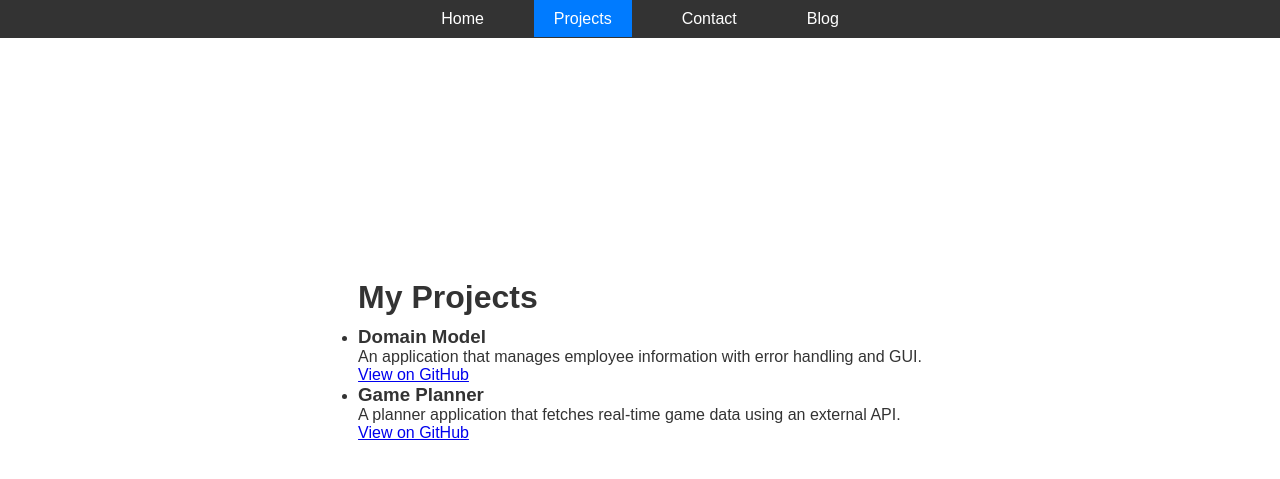
Repository: liwingy/cs5610_fall24_project1
Page: projects.html
An editor plug-in stored every save of this project. The page is shown before and after the next save, followed by the edit.
The browser window is 1280 px wide. The pictures show the whole page.

Above is the page before, as saved 2024-10-07 15:15:46.

### projects.html
<!DOCTYPE html>
<html lang="en">
<head>
    <meta charset="UTF-8">
    <meta name="viewport" content="width=device-width, initial-scale=1.0">
    <title>Wing Yee Li | Projects</title>
    <link rel="stylesheet" href="style.css">
</head>
<body>
    <nav>
        <ul>
            <li><a href="homepage.html">Home</a></li>
            <li><a href="projects.html" class="active">Projects</a></li>
            <li><a href="contact.html">Contact</a></li>
            <li><a href="blog.html">Blog</a></li>
        </ul>
    </nav>
    <main>
        <section class="projects">
            <h2>My Projects</h2>
            <ul>
                <li>
                    <h3>Domain Model</h3>
                    <p>An application that manages employee information with error handling and GUI.</p>
                    <a href="https://github.com/Su24-CS5004-Online-Lionelle/homework-07-liwingy/tree/main/src/main/java/student/model" target="_blank">View on GitHub</a>
                </li>
                <li>
                    <h3>Game Planner</h3>
                    <p>A planner application that fetches real-time game data using an external API.</p>
                    <a href="https://github.com/Su24-CS5004-Online-Lionelle/hw05/tree/main/src/main/java/student" target="_blank">View on GitHub</a>
                </li>
            </ul>
        </section>
    </main>
</body>
</html>

### style.css
* {
    margin: 0;
    padding: 0;
    box-sizing: border-box;
    font-family: 'Arial', sans-serif;
}

body, html {
    height: 100%;
    margin: 0;
}

body {
    background-color: rgb(255, 255, 255);
    color: #333;
    display: flex;
    flex-direction: column;   /* Stack the content vertically */
    height: 100vh;            /* Make sure the body takes up the full viewport height */
}

main {
    display: flex;
    justify-content: center;
    align-items: center;
    flex-direction: column;
    height: 100%;
}

header {
    text-align: center;
}

.profile-pic {
    max-width: 150px;        /* Image will not exceed 150px width */
    height: auto;            /* Maintain aspect ratio */
    border-radius: 50%;
    display: block;
    margin: 20px auto;
}

nav {
    width: 100%;              /* Full width navigation bar */
    background-color: #333;    /* Background color for the navbar */
    position: fixed;          /* Keep the navbar fixed at the top */
    top: 0;
    left: 0;
    padding: 10px 0;          /* Add some padding for spacing */
    z-index: 1;               /* Ensure the navbar stays above other content */
}

nav ul {
    list-style: none;
    display: flex;            /* Display the list items in a row */
    justify-content: center;  /* Center the list items horizontally */
    margin: 0;
    padding: 0;
}

nav ul li {
    margin: 0 15px;           /* Space between each nav item */
}

nav ul li a {
    color: #fff;
    text-decoration: none;
    padding: 10px 20px;       /* Add padding around each link */
    transition: background-color 0.3s;
}

nav ul li a:hover {
    background-color: #555;   /* Change background color on hover */
}

.active {
    background-color: #007BFF; /* Style for the active page link */
}

h1 {
    font-size: 2.5rem;
    margin-top: 60px;        /* Add space from the navbar */
}

.about-me, .projects, .contact, .blog {
    margin: 20px;
}

h2 {
    font-size: 2rem;
    margin-bottom: 10px;
}

/* Responsive design */
@media screen and (max-width: 768px) {
    nav ul {
        flex-direction: column;  /* Stack the navbar links vertically on small screens */
        align-items: center;
    }

    nav ul li {
        margin: 10px 0;          /* Space out vertically in mobile view */
    }

    h1 {
        font-size: 1.8rem;
        margin-top: 100px;       /* Adjust spacing on small screens */
    }
}

After the next save:
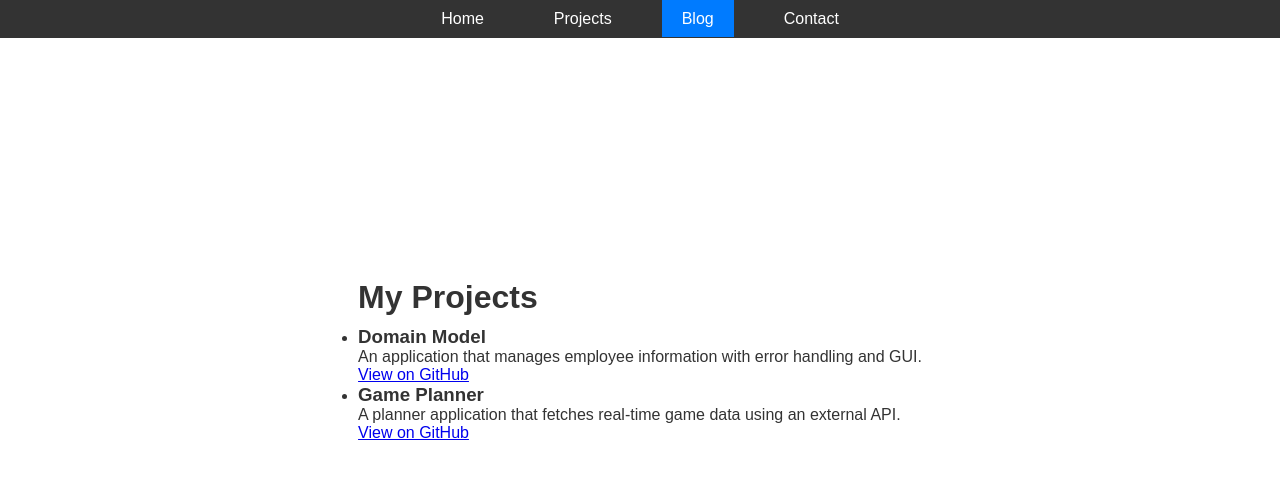
Saved 114 s later.
--- a/projects.html
+++ b/projects.html
@@ -10,9 +10,9 @@
     <nav>
         <ul>
             <li><a href="homepage.html">Home</a></li>
-            <li><a href="projects.html" class="active">Projects</a></li>
+            <li><a href="projects.html">Projects</a></li>
+            <li><a href="blog.html" class="active">Blog</a></li>
             <li><a href="contact.html">Contact</a></li>
-            <li><a href="blog.html">Blog</a></li>
         </ul>
     </nav>
     <main>
